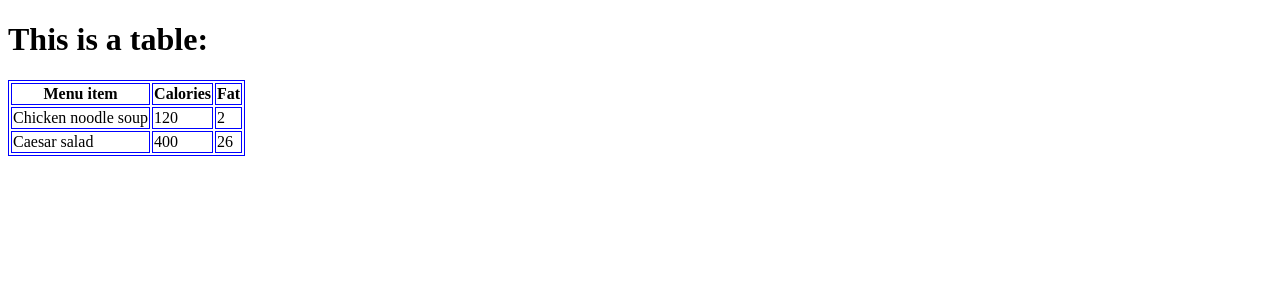
Repository: Colo-Codes/code-practice
Page: 01-html-practice-9.html
An editor plug-in stored every save of this project. The page is shown before and after the next save, followed by the edit.
The browser window is 1280 px wide. The pictures show the whole page.

Above is the page before, as saved 2021-04-29 09:09:03.

### 01-html-practice-9.html
<!DOCTYPE html>
<html lang="en">
<head>
    <meta charset="UTF-8">
    <meta http-equiv="X-UA-Compatible" content="IE=edge">
    <meta name="viewport" content="width=device-width, initial-scale=1.0">
    <title>Tables practice</title>
    <style type="text/css">
        table, th, td {
            border: 1px solid blue;
        }
    </style>
</head>
<body>
    <h1>This is a table:</h1>
    <table>
        <thead>
            <tr>
                <th>Menu item</th>
                <th>Calories</th>
                <th>Fat</th>
            </tr>
        </thead>
        <tbody>
            <tr>
                <td>Chicken noodle soup</td>
                <td>120</td>
                <td>2</td>
            </tr>
            <tr>
                <td>Caesar salad</td>
                <td>400</td>
                <td>26</td>
            </tr>
        </tbody>
    </table>


</body>
</html>

After the next save:
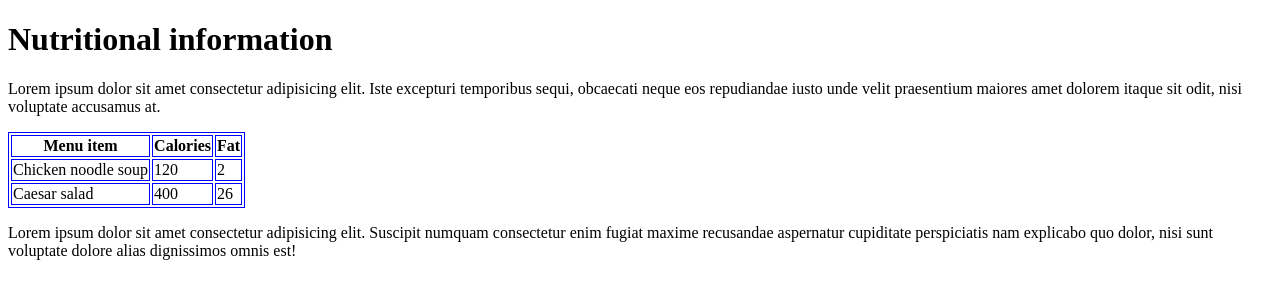
Saved 6 min 53 s later.
--- a/01-html-practice-9.html
+++ b/01-html-practice-9.html
@@ -12,7 +12,8 @@
     </style>
 </head>
 <body>
-    <h1>This is a table:</h1>
+    <h1>Nutritional information</h1>
+    <p>Lorem ipsum dolor sit amet consectetur adipisicing elit. Iste excepturi temporibus sequi, obcaecati neque eos repudiandae iusto unde velit praesentium maiores amet dolorem itaque sit odit, nisi voluptate accusamus at.</p>
     <table>
         <thead>
             <tr>
@@ -34,6 +35,7 @@
             </tr>
         </tbody>
     </table>
+    <p>Lorem ipsum dolor sit amet consectetur adipisicing elit. Suscipit numquam consectetur enim fugiat maxime recusandae aspernatur cupiditate perspiciatis nam explicabo quo dolor, nisi sunt voluptate dolore alias dignissimos omnis est!</p>
 
 
 </body>
